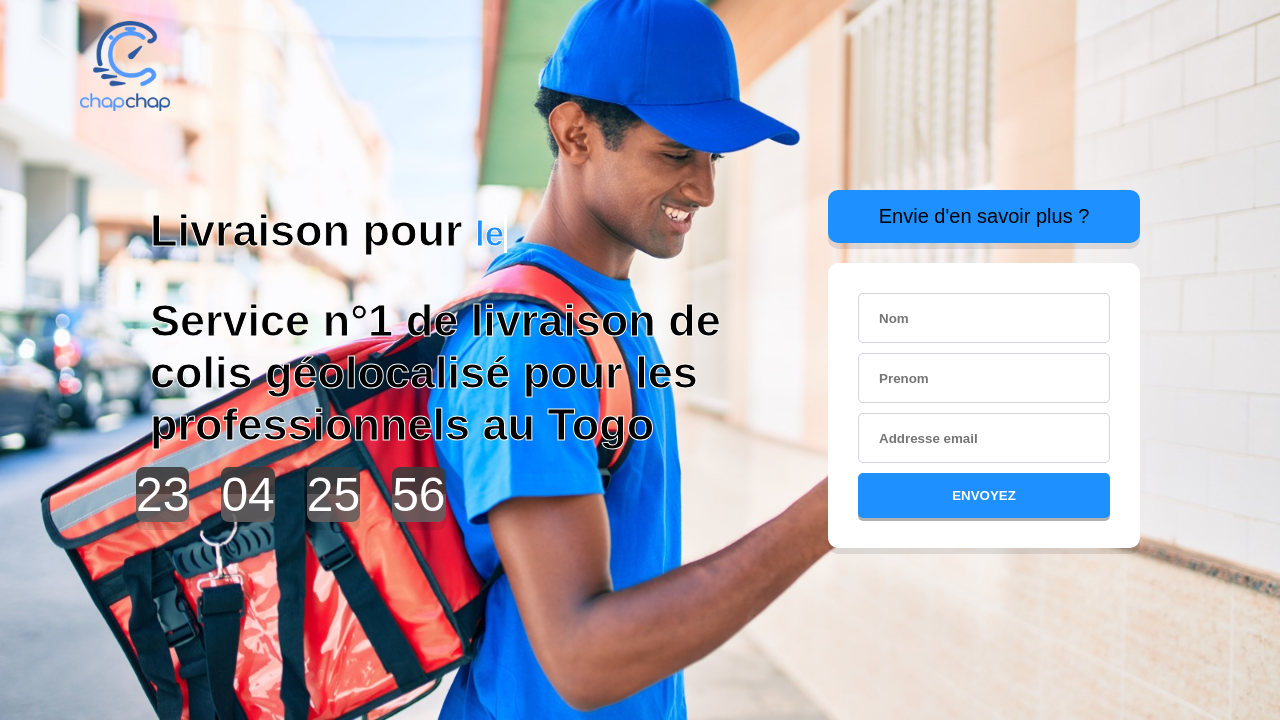
Repository: lawalalao/landpage
Page: index.html
These files come from the project's save history. The page is drawn as it stood at one moment and after the next save; the edit follows.
The browser window is 1280 px wide. The pictures show the whole page.
Some web fonts or font styles are not loaded; a fallback is used.

Above is the page before, as saved 2021-01-14 17:51:44.
Console error: TypeError: Cannot read properties of null (reading 'addEventListener')

After the next save:
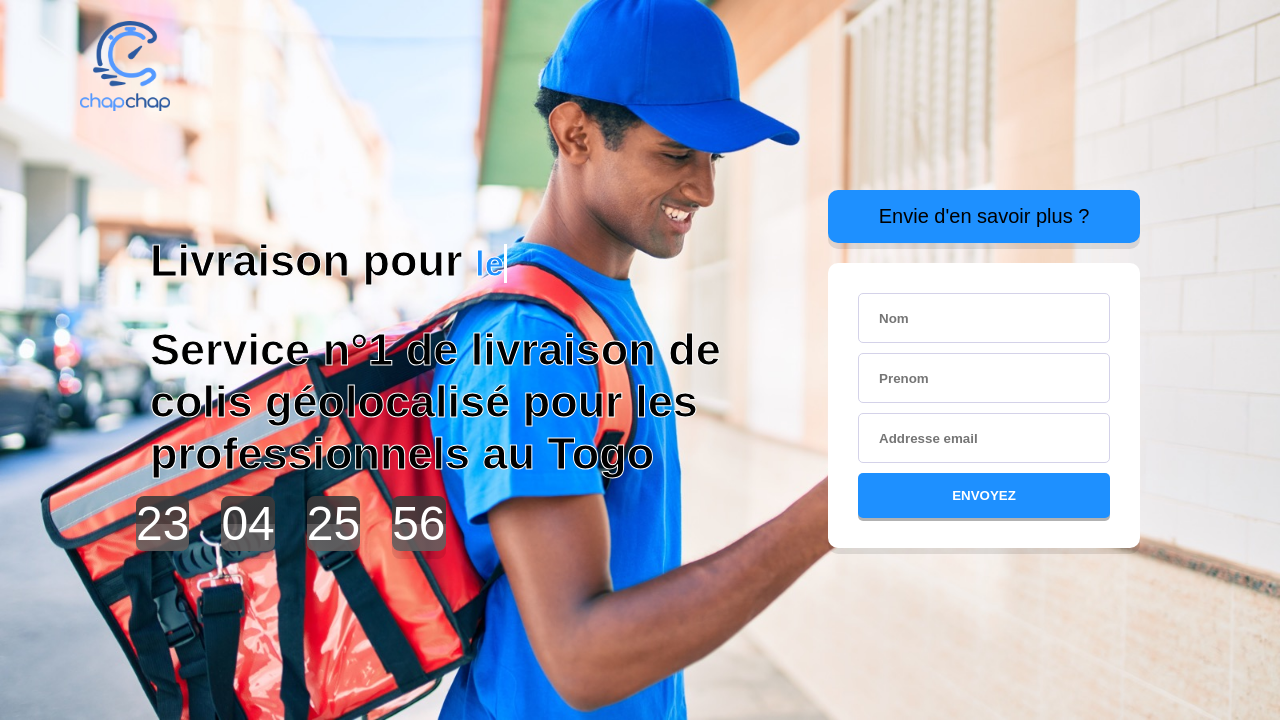
Saved 6 s later.
--- a/style.css
+++ b/style.css
@@ -30,7 +30,7 @@ body {
 }
 
 .z{
-    margin-top: 30px;
+    margin-top: 70px;
 }
 .nav a {
     float: left;
